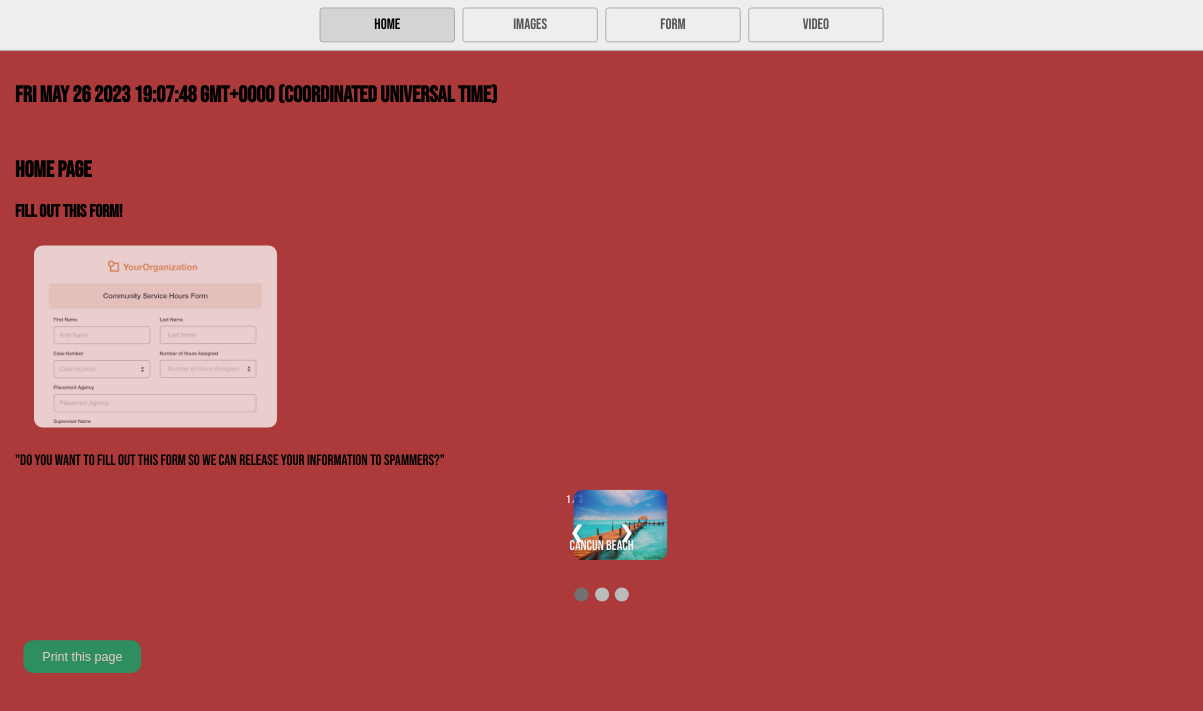
Repository: sebas6292/palmTree-Final
Page: Home.html
An editor plug-in stored every save of this project. The page is shown before and after the next save, followed by the edit.
The browser window is 1280 px wide. The pictures show the whole page, at 94% of full size.

Above is the page before, as saved 2023-06-03 16:42:34.

After the next save:
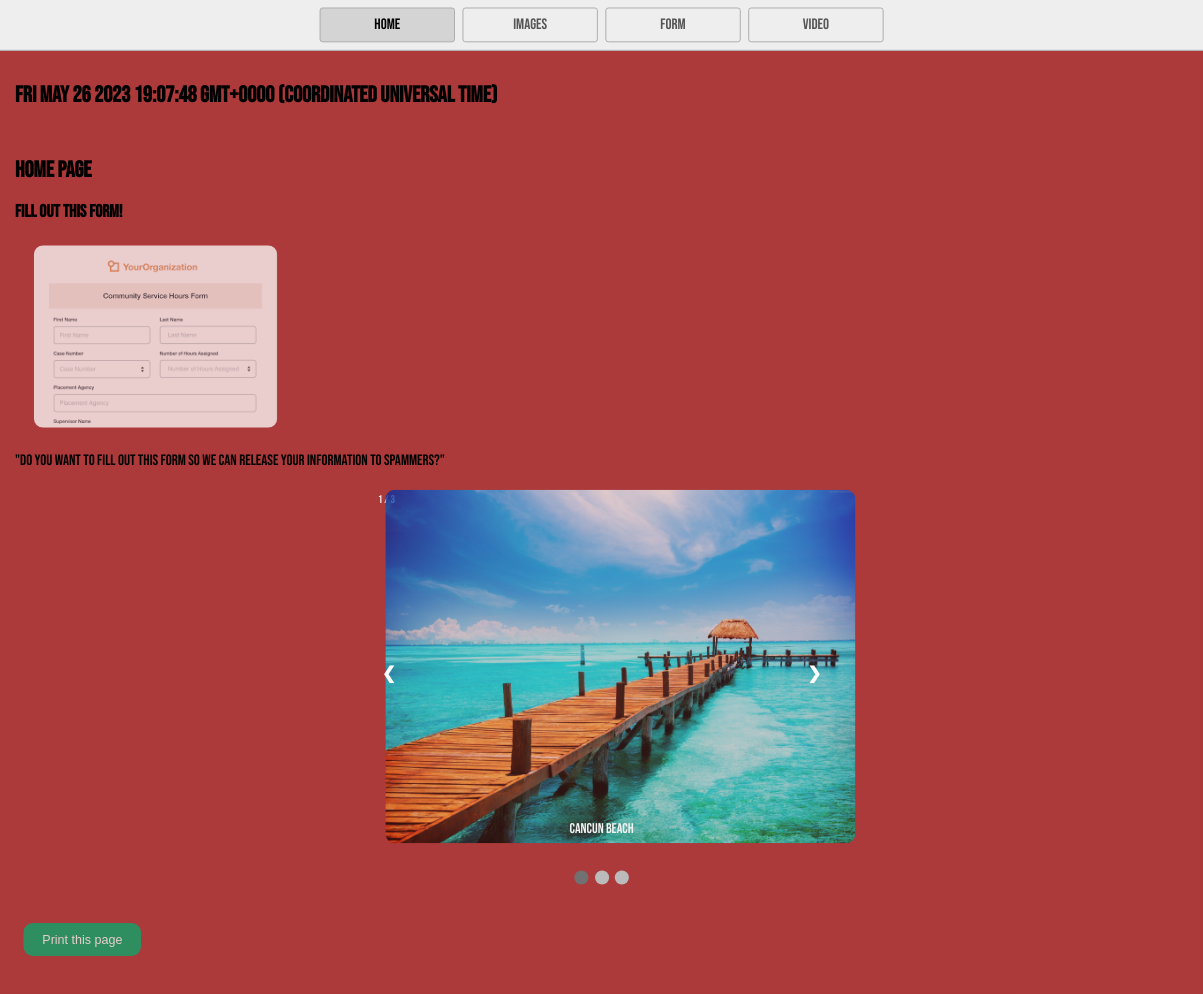
Saved 22 s later.
--- a/styles.css
+++ b/styles.css
@@ -4,7 +4,7 @@
 
 /* Slideshow container */
 .slideshow-container {
-  max-width: 100px;
+  max-width: 500px;
   position: relative;
   margin: auto;
 }
